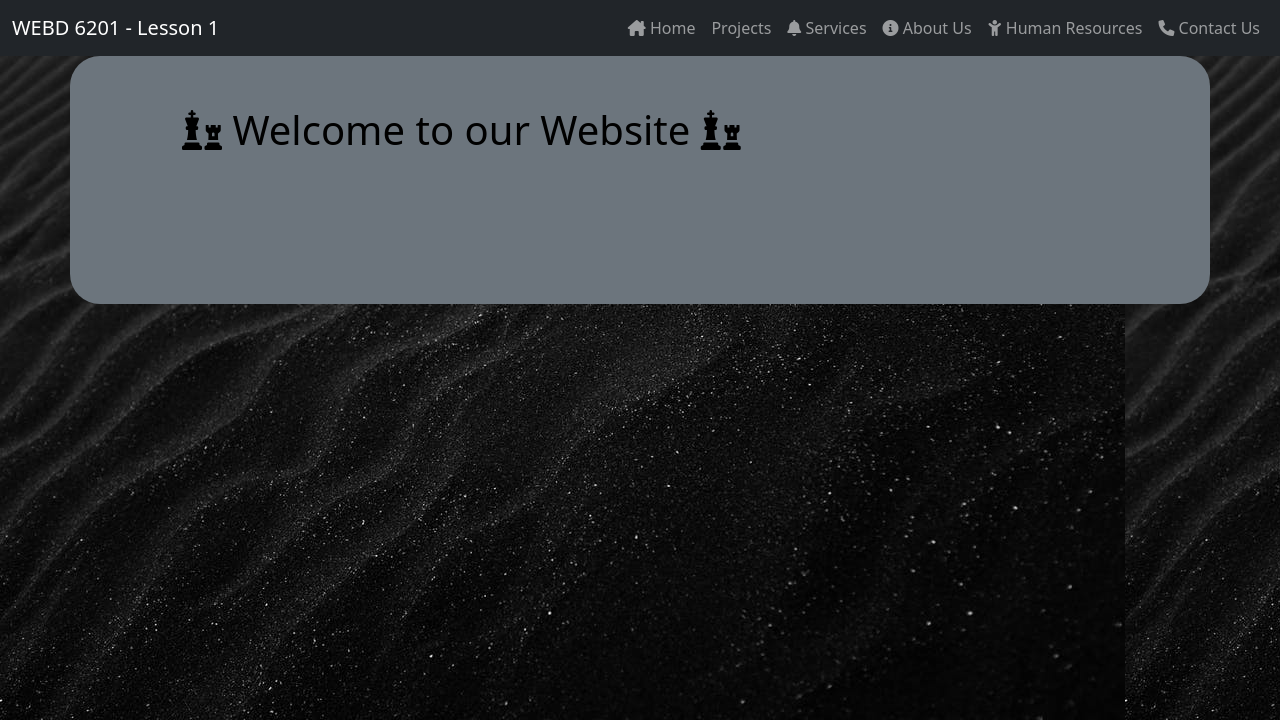
Repository: devanshudave1901/DevanshuDave_AngaranYogeswaranLab2
Page: index.html
The author's editor kept a copy of each file at every save. The page is drawn from the files as they stood at one save, then again after the next save.
The browser window is 1280 px wide. The pictures show the whole page.

Above is the page before, as saved 2022-02-11 21:47:28.

After the next save:
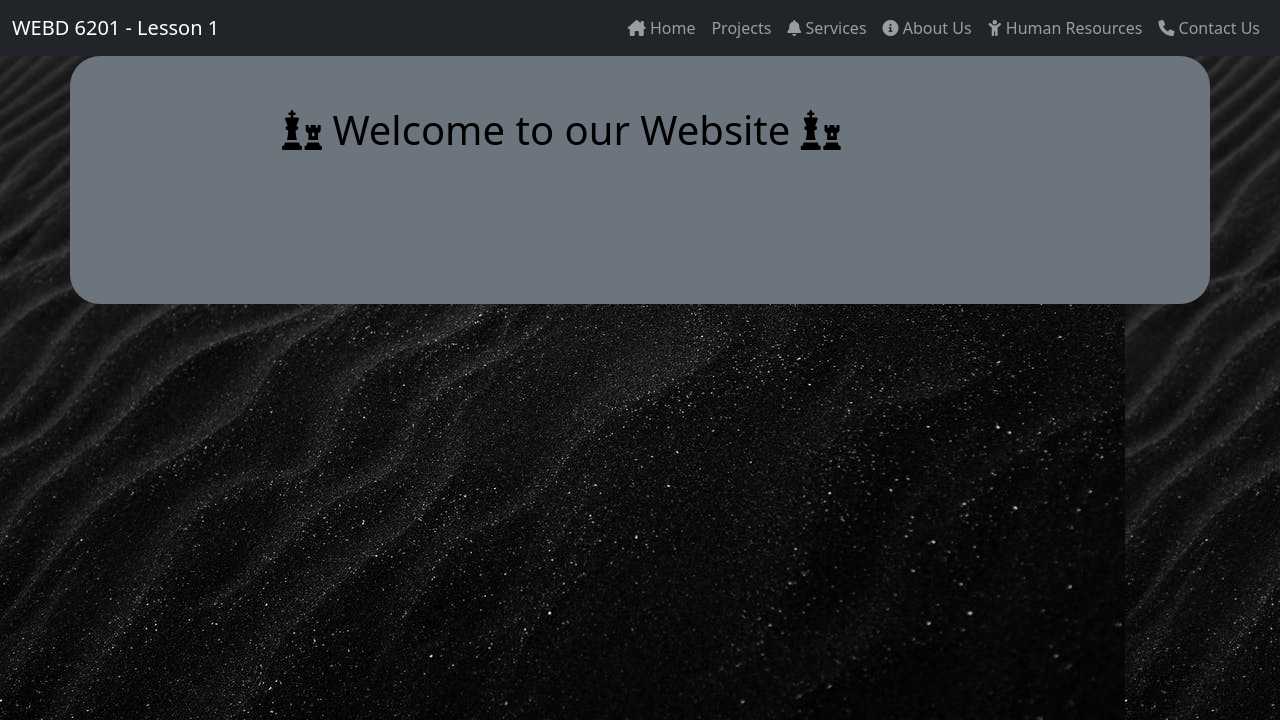
Saved 6 s later.
--- a/Content/app.css
+++ b/Content/app.css
@@ -86,7 +86,7 @@ img {
 #heading3 {
   color: black;
   padding-top: 50px;
-  padding-left: 100px;
+  padding-left: 200px;
   padding-right: 100px;
   padding-bottom: 150px;
 }
